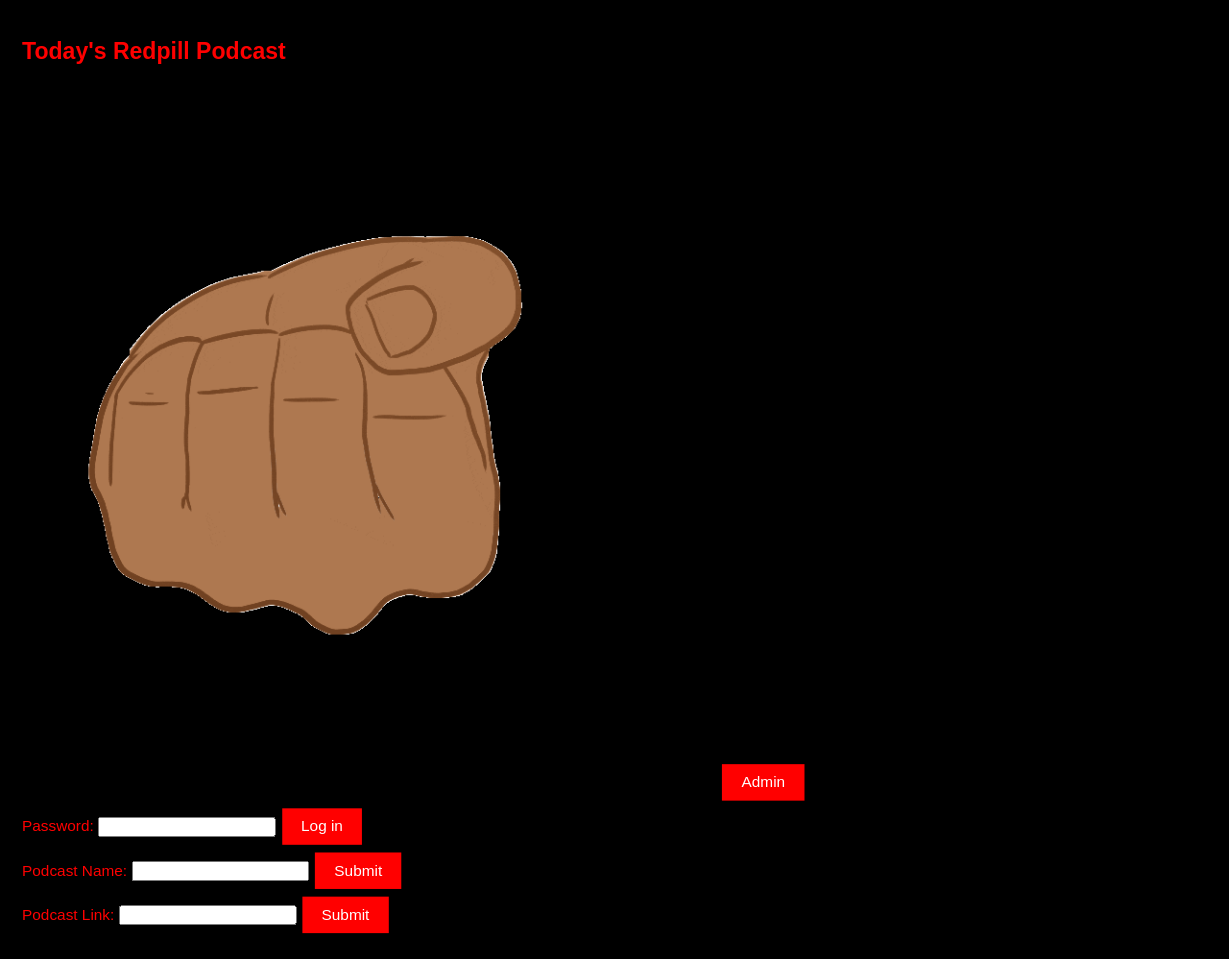
Repository: fechinmitchell/thedailyonepercent
Page: popup.html
The author's editor kept a copy of each file at every save. The page is drawn from the files as they stood at one save, then again after the next save.
The browser window is 1280 px wide. The pictures show the whole page, at 96% of full size.

Above is the page before, as saved 2023-06-21 21:19:07.

After the next save:
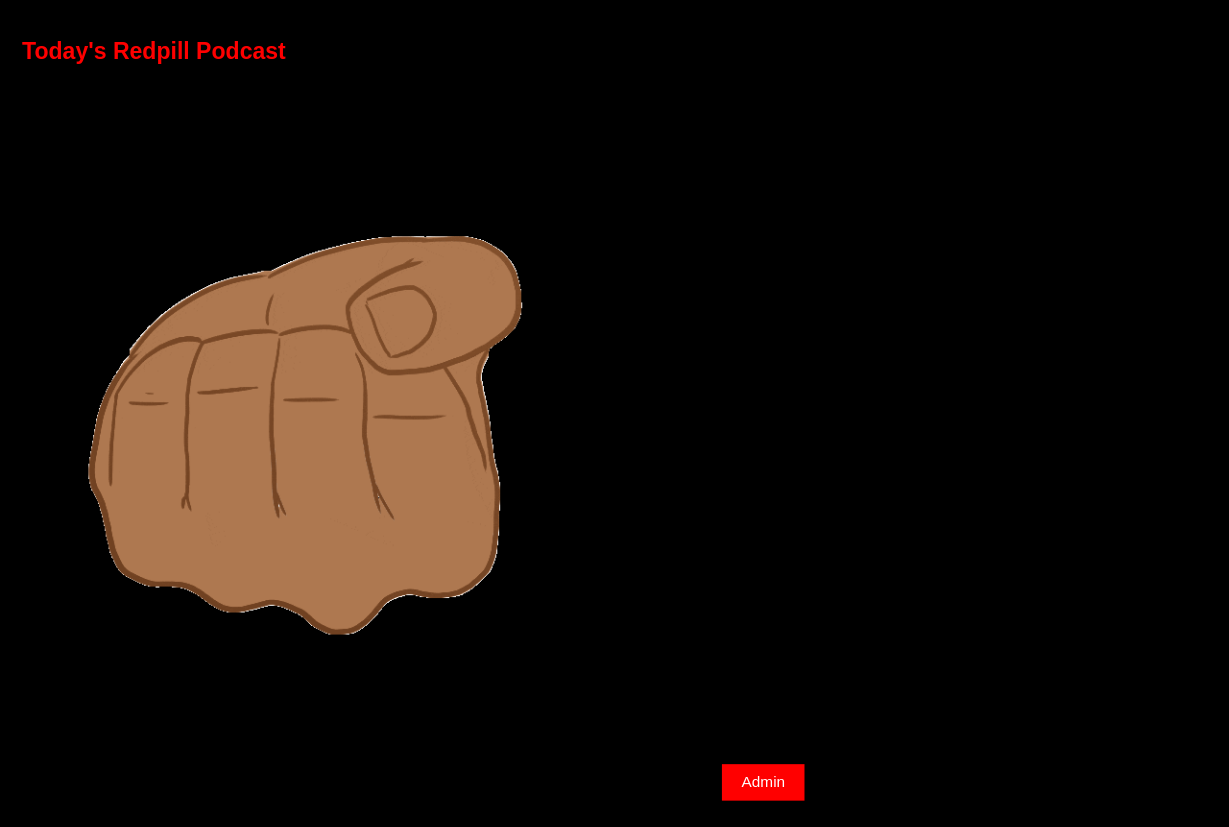
Console error: TypeError: Cannot read properties of null (reading 'addEventListener')
Saved 3 min 28 s later.
--- a/popup.html
+++ b/popup.html
@@ -9,33 +9,6 @@
   <img id="logo" src="icon.gif" alt="Redpill Logo">
   <button id="admin-button">Admin</button>
 
-  <!-- Login Popup -->
-  <div id="loginPopup" class="popup">
-    <div class="popup-content">
-      <label for="password">Password:</label>
-      <input type="password" id="password" name="password">
-      <button type="button" id="loginButton">Log in</button>
-    </div>
-  </div>
-
-  <!-- Podcast Name Popup -->
-  <div id="podcastNamePopup" class="popup">
-    <div class="popup-content">
-      <label for="podcastName">Podcast Name:</label>
-      <input type="text" id="podcastName" name="podcastName">
-      <button type="button" id="podcastNameButton">Submit</button>
-    </div>
-  </div>
-
-  <!-- Podcast Link Popup -->
-  <div id="podcastLinkPopup" class="popup">
-    <div class="popup-content">
-      <label for="podcastLink">Podcast Link:</label>
-      <input type="text" id="podcastLink" name="podcastLink">
-      <button type="button" id="podcastLinkButton">Submit</button>
-    </div>
-  </div>
-
   <script src="popup.js"></script>
 </body>
 </html>
